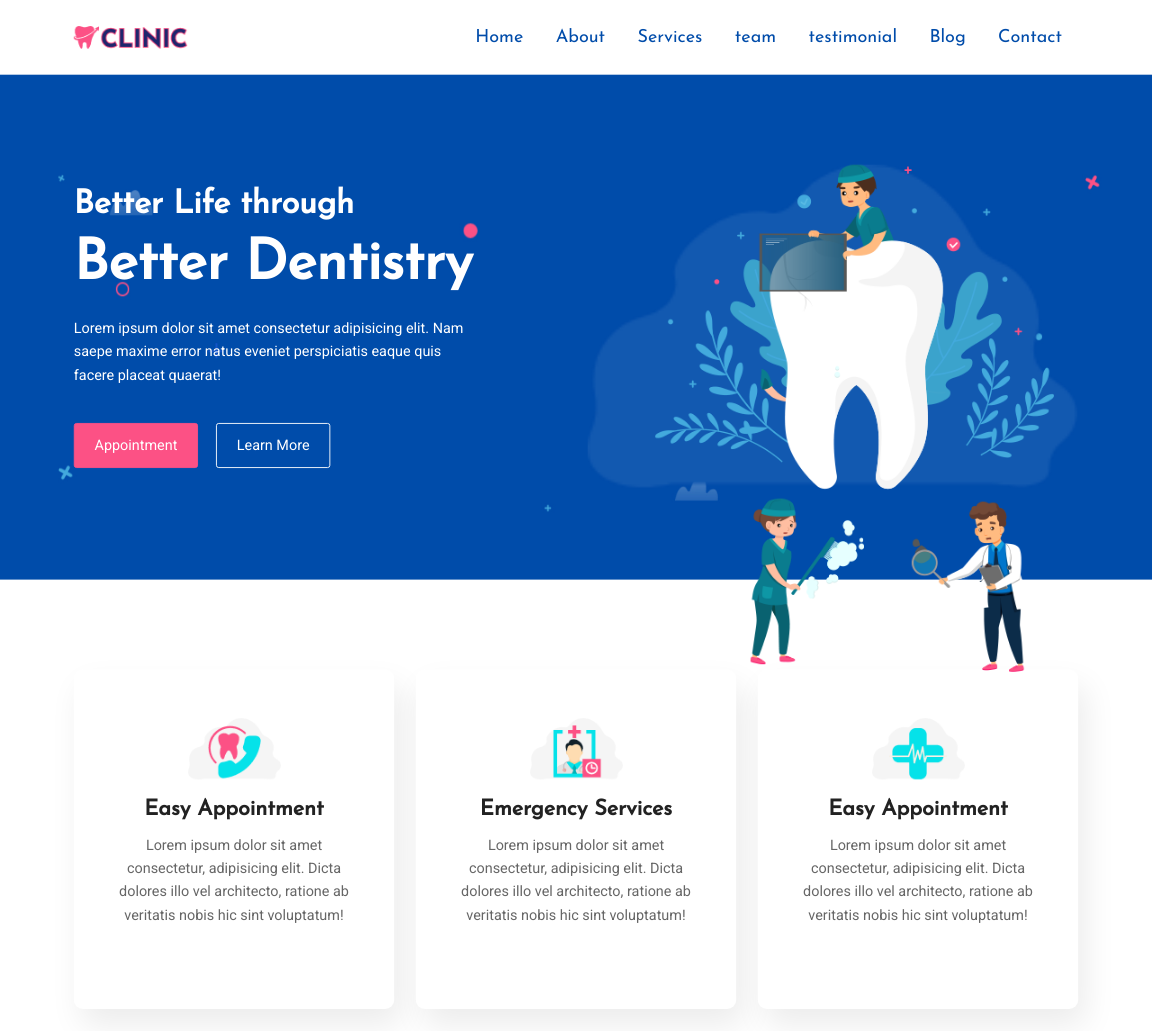
Repository: rsbappy/Project-13
Page: index.html
These files come from the project's save history. The page is drawn as it stood at one moment and after the next save; the edit follows.
The browser window is 1280 px wide. The pictures show the whole page, at 90% of full size.
Some web libraries are served in a nearby version.

Above is the page before, as saved 2022-08-19 11:41:05.
Console error: TypeError: Cannot read properties of null (reading 'classList')

After the next save:
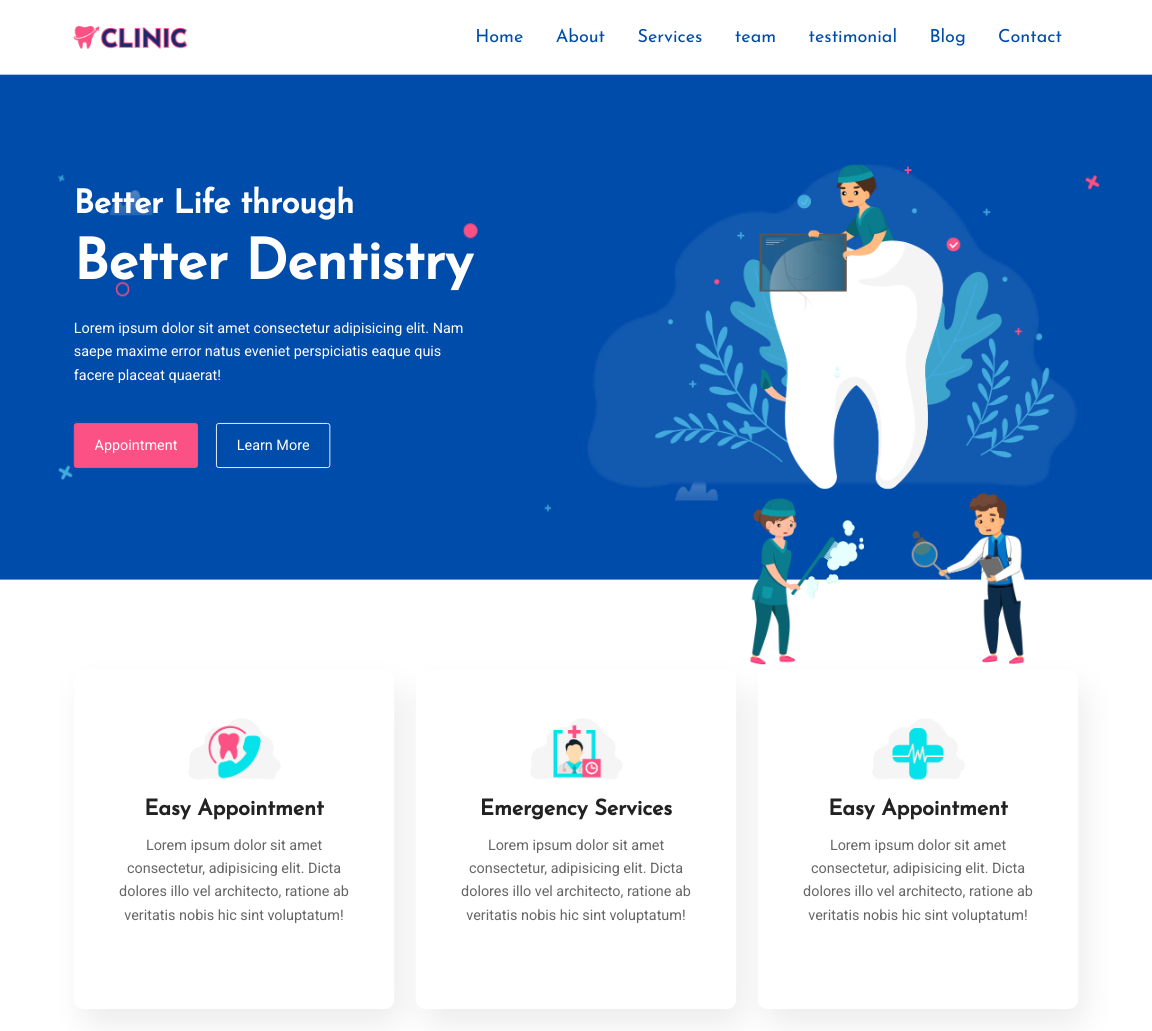
Saved 13 s later.
--- a/css/style.css
+++ b/css/style.css
@@ -287,8 +287,8 @@ p {
     animation-iteration-count: infinite;
     -webkit-animation-timing-function: ease-in-out;
     animation-timing-function: ease-in-out;
-    -webkit-animation-direction: 2s;
-    animation-duration: 2s;
+    -webkit-animation-direction: 2.5s;
+    animation-duration: 2.5s;
     -webkit-animation-direction: alternate;
     animation-direction: alternate;
 }
